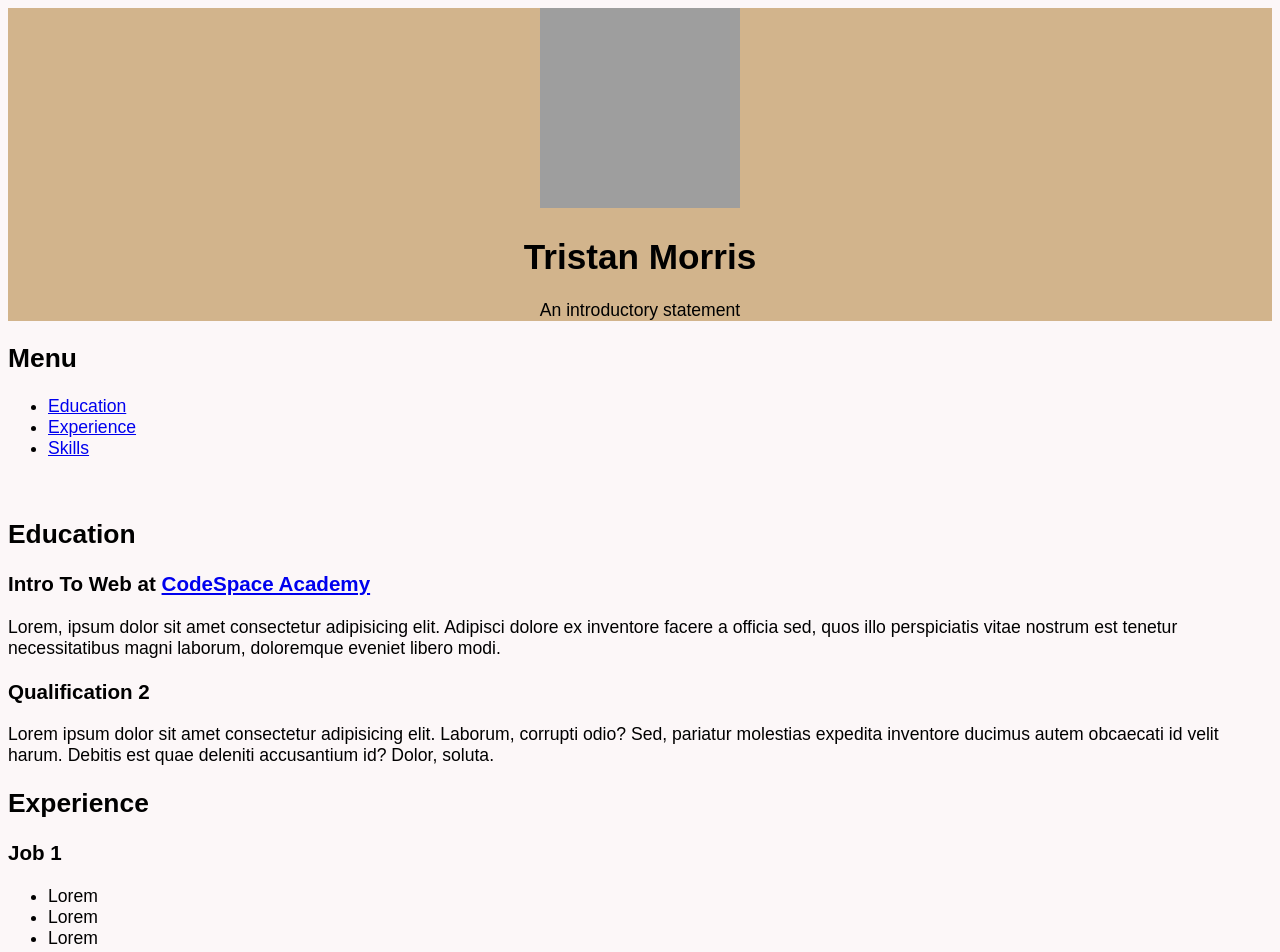
Repository: TristanKMorris/introToWebDesignAssignment
Page: resume1.html
These files come from the project's save history. The page is drawn as it stood at one moment and after the next save; the edit follows.
The browser window is 1280 px wide. The pictures show the part of the page from y = 0 to 952 px (the page is 1398 px tall).
Pictures or frames that could not be fetched are drawn as grey boxes. A picture or video elsewhere on the page could not be fetched, so the positions and the page height are approximate.

Above is the page before, as saved 2022-06-01 13:28:05.

After the next save:
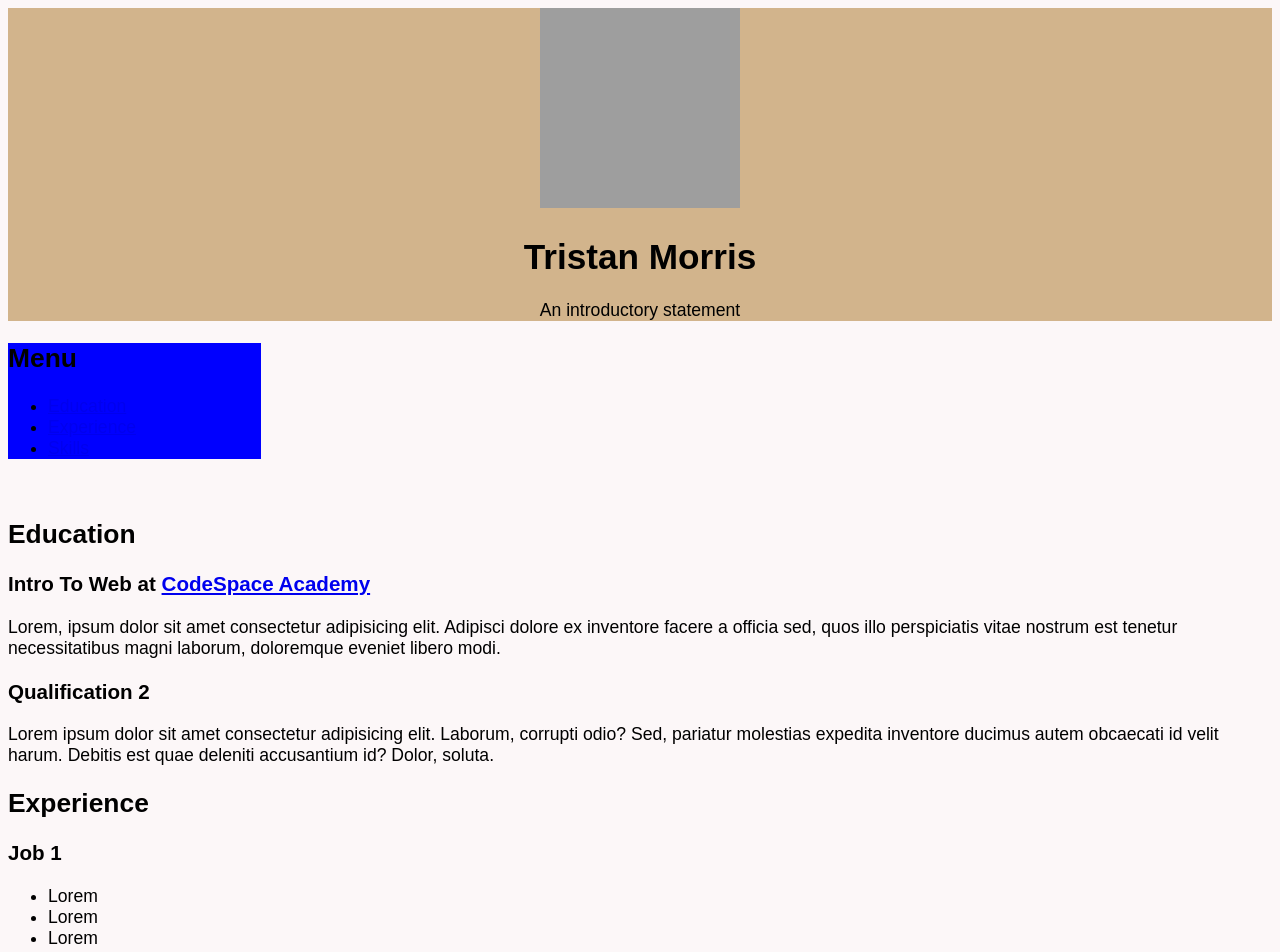
Saved 3 min 9 s later.
--- a/css/stylesheet.css
+++ b/css/stylesheet.css
@@ -17,3 +17,7 @@ footer {
   background-color: #343330;
   text-align: center;
 }
+#sidebar{
+  width: 20%;
+  background-color: blue;
+}
